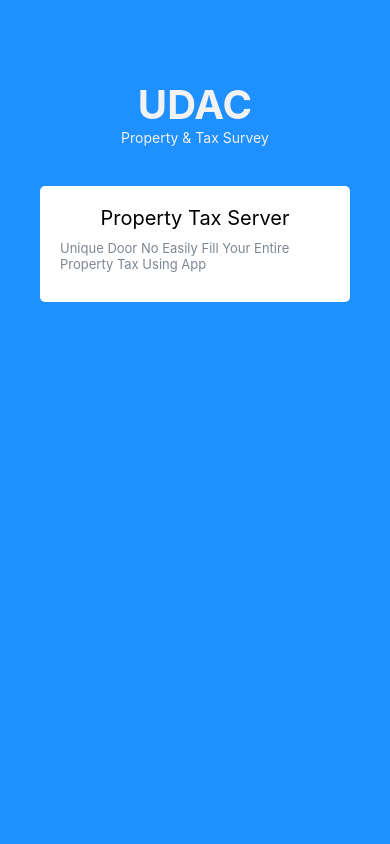
Repository: metalysm/BasicLoginPage
Screen: /
The author's editor kept a copy of each file at every save. The screen is drawn from the files as they stood at one save, then again after the next save.
The app was drawn by React Native's web renderer in a window 390 px wide. The project was rebuilt for these pictures with package versions that can differ from the ones it lists, and the page was loaded fresh each time.

Above is the screen before, as saved 2019-12-05 11:52:35.

After the next save:
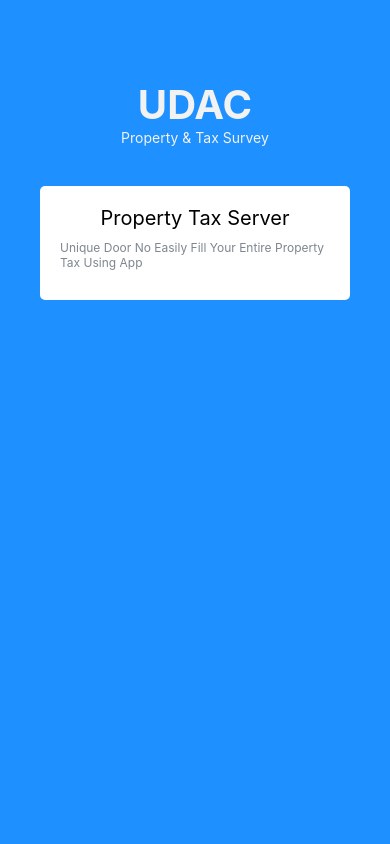
Saved 10 s later.
--- a/src/pages/Login.js
+++ b/src/pages/Login.js
@@ -76,7 +76,7 @@ const styles = StyleSheet.create({
         textAlign: 'center'
     },
     loginAreaDesc:{
-        fontSize: 13,
+        fontSize: 12,
         color: '#7e868f',
         marginVertical: 10
     }
